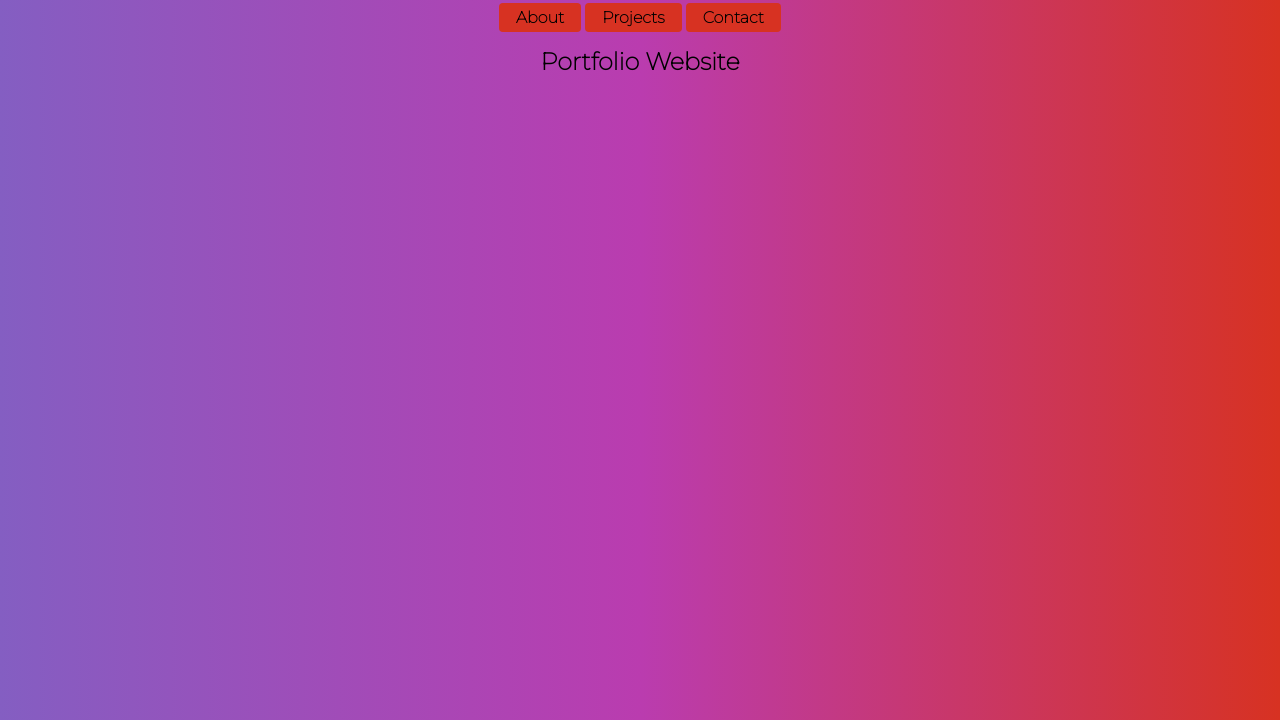
Repository: thecptwaffles/portfolio
Page: index.htm
An editor plug-in stored every save of this project. The page is shown before and after the next save, followed by the edit.
The browser window is 1280 px wide. The pictures show the whole page.

Above is the page before, as saved 2022-05-05 21:47:55.

After the next save:
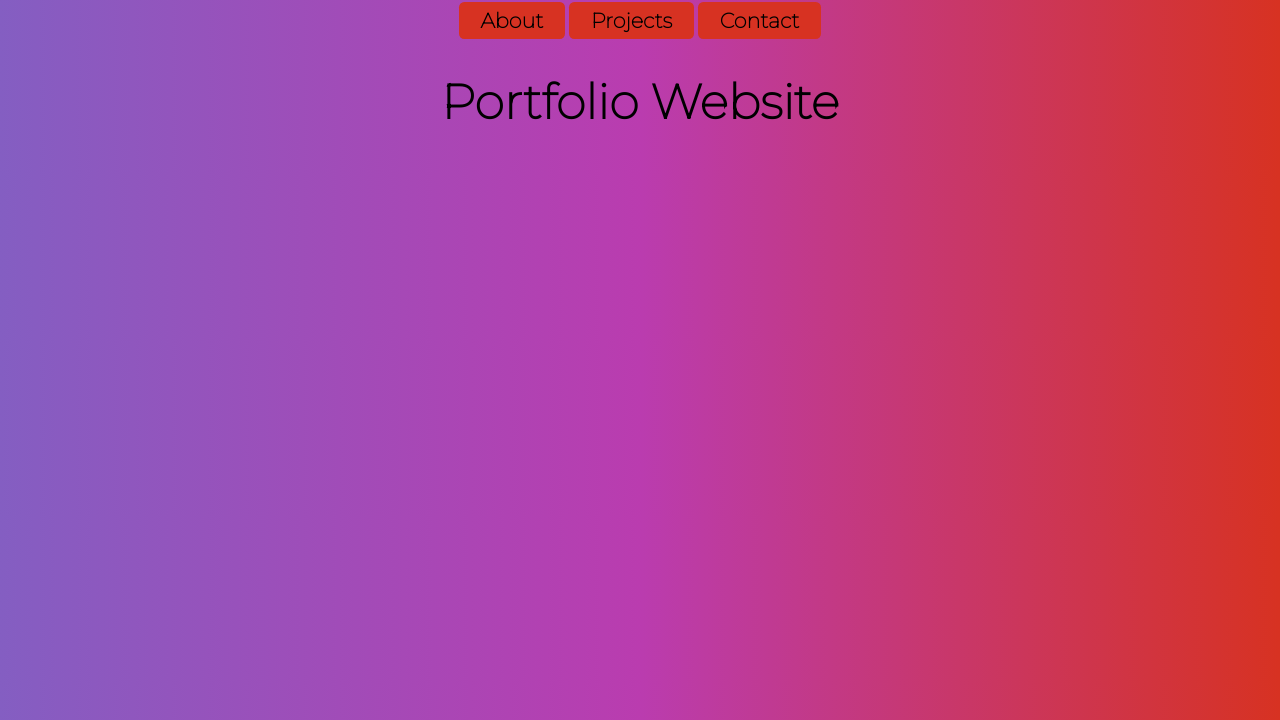
Saved 5 min 2 s later.
--- a/style.css
+++ b/style.css
@@ -4,6 +4,7 @@
     --prim-clr: #845ec2;
     --sec-clr: #ba3caf;
     --accent-clr: #d73222;
+    --bg-clr: #b0291d;
     --prim-font: 'Montserrat', sans-serif;
     --sec-font: 'Source Sans Pro', sans-serif;
     --gradient-percent: 0%;
@@ -25,6 +26,7 @@ body {
 h1 {
     font-family: var(--prim-font);
     text-align: center;
+    font-size: 3rem;
 }
 
 p {
@@ -57,4 +59,11 @@ p {
     -moz-transition: all 0.25s ease-in-out;
     -ms-transition: all 0.25s ease-in-out;
     -o-transition: all 0.25s ease-in-out;
+    font-size: 1.3rem;
 }
+
+.nav-container a:hover {
+    background: var(--bg-clr);
+    color: black;
+    border: 3px solid black;
+}
